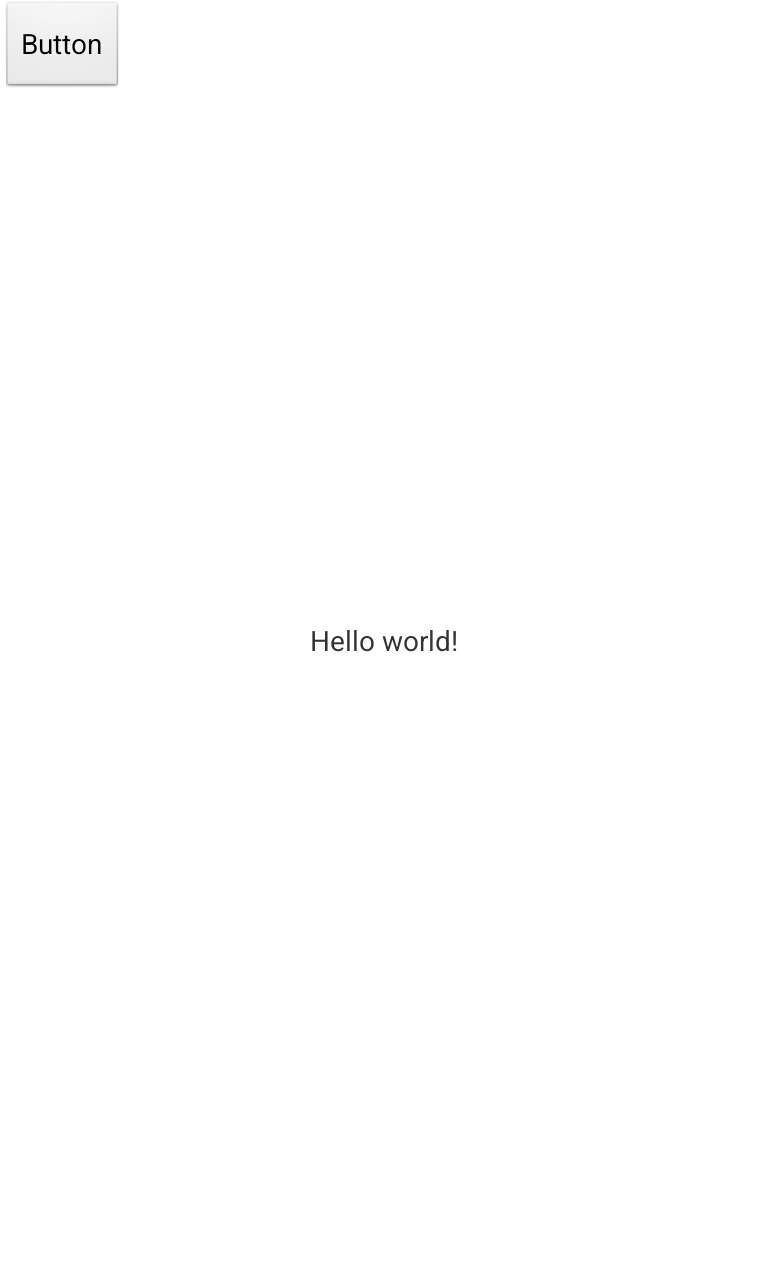
Repository: MarcDahlem/ANSUR
Layout: Multimedia_Lab3/Android/StreamWithVLC/res/layout/activity_main.xml
The author's editor kept a copy of each file at every save. The layout is drawn from the files as they stood at one save, then again after the next save.
It is drawn on a 768 x 1280 px phone screen (xhdpi) without system bars, with theme AppTheme; the app's code is not run.

Above is the layout before, as saved 2013-01-02 12:48:24.

After the next save:
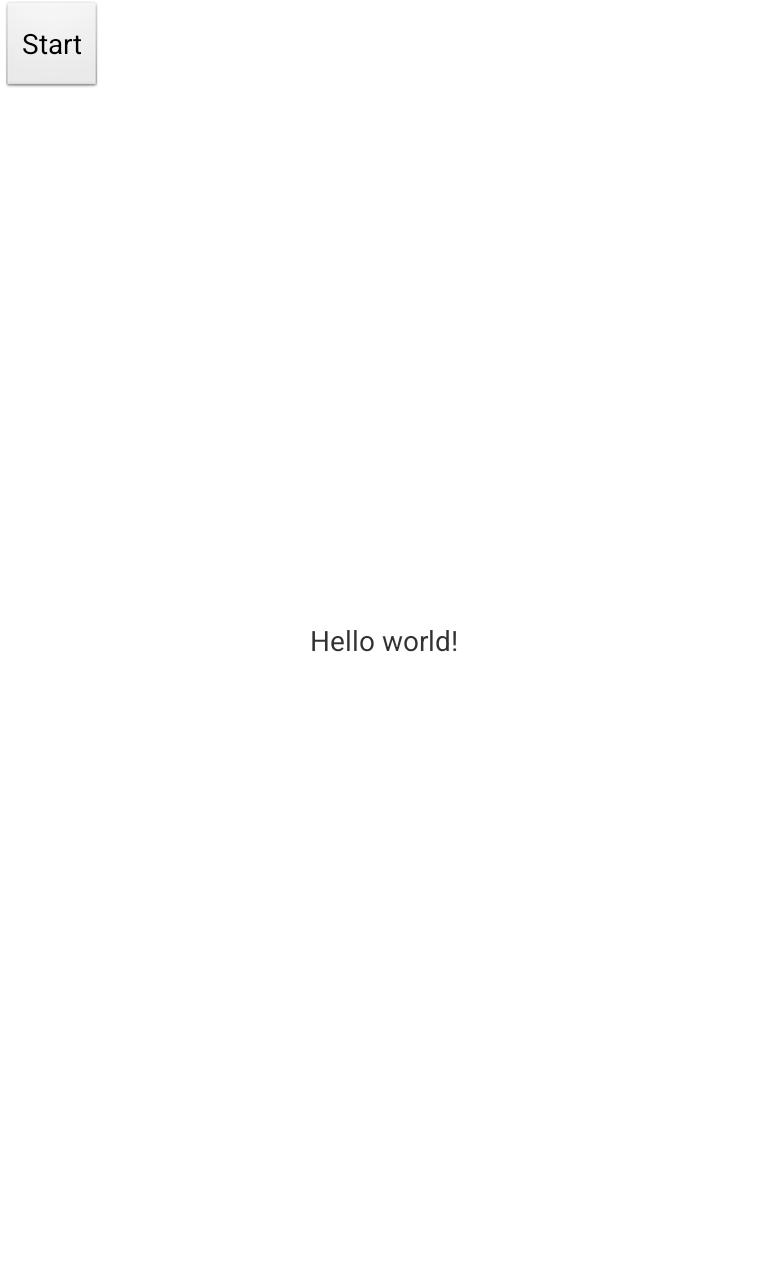
Saved 14 s later.
--- a/Multimedia_Lab3/Android/StreamWithVLC/res/layout/activity_main.xml
+++ b/Multimedia_Lab3/Android/StreamWithVLC/res/layout/activity_main.xml
@@ -19,6 +19,6 @@
         android:layout_alignParentLeft="true"
         android:layout_alignParentTop="true"
         android:onClick="onClick"
-        android:text="Button" />
+        android:text="Start" />
 
 </RelativeLayout>
